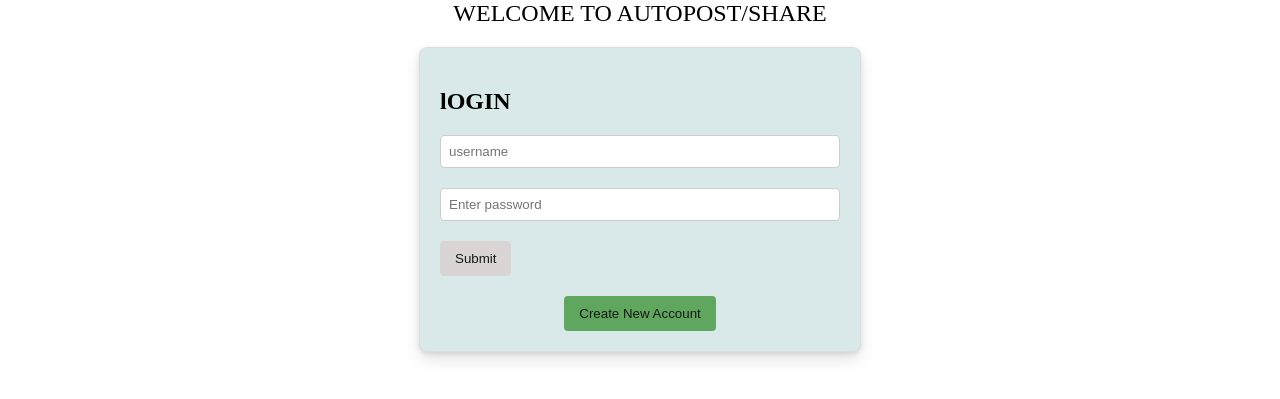
Repository: pripriya09/media-share
Page: / (app in share-content/)
An editor plug-in stored every save of this project. The page is shown before and after the next save, followed by the edit.
The browser window is 1280 px wide. The pictures show the whole page.
The project was rebuilt for these pictures with package versions that can differ from the ones it lists, and the page was loaded fresh each time. Also part of the build but not shown: share-content/vite.config.js, share-content/src/MEDIA_SHARE/SignIn.jsx, share-content/src/MEDIA_SHARE/Dashboard.jsx, share-content/src/MEDIA_SHARE/Display.jsx, share-content/src/MEDIA_SHARE/Home.jsx, share-content/src/MEDIA_SHARE/LogMedia.jsx, share-content/src/MEDIA_SHARE/Nesting.jsx, share-content/src/MEDIA_SHARE/share.css and 3 more.

Above is the page before, as saved 2024-12-23 12:00:08.

### share-content/index.html
<!DOCTYPE html>
<html lang="en">
  <head>
    <meta charset="UTF-8" />
    <link rel="icon" type="image/svg+xml" href="/vite.svg" />
    <meta name="viewport" content="width=device-width, initial-scale=1.0" />
    <title>Vite + React</title>
    <!-- <script async defer crossorigin="anonymous" src="https://connect.facebook.net/en_US/sdk.js"></script>   -->
<!--
<script>
  window.fbAsyncInit = function() {
    FB.init({
      appId      : '{your-app-id}',
      cookie     : true,
      xfbml      : true,
      version    : 'v21.0'
    });

    FB.AppEvents.logPageView();

  };

  (function(d, s, id){
     var js, fjs = d.getElementsByTagName(s)[0];
     if (d.getElementById(id)) {return;}
     js = d.createElement(s); js.id = id;
     js.src = "https://connect.facebook.net/en_US/sdk.js";
     fjs.parentNode.insertBefore(js, fjs);
   }(document, 'script', 'facebook-jssdk'));
</script>
     -->
  </head>
  <body>
    <div id="root"></div>
    <script type="module" src="/src/main.jsx"></script>
  </body>
</html>

### share-content/src/main.jsx
import { StrictMode } from 'react'
import { createRoot } from 'react-dom/client'

// import Content from './Content.jsx'
// import App from './App.jsx'
// import Share from './Share.jsx'
// import AutoPostApp from './AutoPostApp.jsx'
import AppRoutes from './MEDIA_SHARE/AppRoutes';
// import TwoFactorSetup from './MEDIA_SHARE/TwoFactorSetup';




createRoot(document.getElementById('root')).render(
  <>

<AppRoutes/>
{/* <TwoFactorSetup/> */}
  {/* <App/> */}
   {/* <Content/> */}
   {/* <AutoPostApp/> */}
   {/* <Share/> */}
  </>


)

### share-content/src/MEDIA_SHARE/AppRoutes.jsx
import React from 'react';
import { BrowserRouter, Route, Routes } from 'react-router-dom';
import AutoPostApp from './AutoPostApp';
import SignIn from './SignIn';
import Home from './Home';
import Nesting from './Nesting';
import LogMedia from './LogMedia';
import CreatePost from './CreatePost';
import MyPost from './MyPost';
import AdminPanel from './AdminPanel';






function AppRoutes() {
  return (
    <BrowserRouter>
      <Routes>
        <Route path="/" element={<AutoPostApp/>} />
        <Route path="/signin" element={<SignIn/>} />
     <Route path="/home" element={<Home/>}>
        <Route index element={<Nesting/>} />
        <Route path="loginmedia" element={<LogMedia/>} />
        <Route path="createPost" element={<CreatePost/>} />
        <Route path="myPost" element={<MyPost/>} />
        <Route path="adminPanel" element={<AdminPanel/>} />
        </Route>
      </Routes>
    </BrowserRouter>
  );
}

export default AppRoutes;

### share-content/src/MEDIA_SHARE/AutoPostApp.jsx
import React, { useState } from "react";
import "./autopost.css";
import { NavLink,useNavigate } from "react-router-dom";
import axios from "axios";
function AutoPostApp() {
  const [username, setUserName] = useState('');
  const [otp, setOtp] = useState('');
  const [isOtpSent, setIsOtpSent] = useState(false);
  const [isOtpVerified, setIsOtpVerified] = useState(false);
  const [isUpdateRegister, setIsUpdateRegister] = useState(null);
  const [password,setPassword] = useState('');
  const [loading, setLoading] = useState(false);


  function handleSubmit(e) {
    e.preventDefault();
    if (!username || !password) {
      setIsUpdateRegister("Username and password are required");
      alert("Username and password are required")
      return;
    }
 setLoading(true);
    e.preventDefault();
    axios.post("http://localhost:8006/auth/login", {
      username,
      password
    })
    .then((res) => {
      setLoading(false);

        if (res.data.message === 'OTP sent to your registered email') {
          alert("OTP has been sent to your registered email.");
          setIsOtpSent(true);
        } else {
          setIsUpdateRegister("Invalid username/password");
        }
    })
    .catch((error) => {
      setLoading(false);
      console.error("Error during login:", error);
      setIsUpdateRegister("Internal Server Error");
      alert("this user is not valid please have a account and login")
    });
  }

    // Handle OTP verification
    function handleOtpVerification(e) {
      e.preventDefault();
      if (!otp) {
        alert("Please enter the OTP sent to your email.");
        return;
      }

      setLoading(true);
      axios.post("http://localhost:8006/auth/verify-otp", { username, otp })
        .then((res) => {
          setLoading(false);
          if (res.data.message === 'OTP verified. Login successful') {
            alert("Login successful!");
            setIsOtpVerified(true);
            window.location.href = "loginmedia"; // Redirect to home after successful login
          } else {
            alert("Invalid OTP. Please try again.");
          }
        })
        .catch((error) => {
          setLoading(false);
          console.error("Error verifying OTP:", error);
          alert("Failed to verify OTP. Please try again.");
        });
    }

  return (
    <>
      <div
        style={{
          display: "flex",
          justifyContent: "center",
          alignItems: "center",
          marginBottom: "20px",
          fontSize: "24px",
        }}
      >
        WELCOME TO AUTOPOST/SHARE
      </div>

      <div className="SIGN-UP">
        <h2>lOGIN</h2>
        {!isOtpSent ? (
        <form  onSubmit={handleSubmit}>
          <div className="formlogin">
            <input
              type="text"
              id="username"
              name="username"
              placeholder="username"
              value={username}
              onChange={(e) => setUserName(e.target.value)}
            />
          </div>
          {/* <div className="formlogin">
            <input
              type="email"
              id="email"
              placeholder="email"
              value={email}
              onChange={(e) => setEmail(e.target.value)}
            />
          </div> */}
          <div className="formlogin">
            <input
              type="password"
              id="password"
              placeholder="Enter password"
              name="password"
              value={password}
              onChange={(e) => setPassword(e.target.value)}
            />
          </div>
          <div className="formlogin">

        <button type='submit' disabled={loading}>
          {loading ? 'Logging in...' : 'Submit'}
        </button>

          {/* <NavLink to="/share" > */}
          {/* <button type="submit" >Submit</button> */}
          {/* </NavLink> */}
          </div>
        </form>

) : (
  // OTP verification form
  <form onSubmit={handleOtpVerification}>
    <div className="formlogin">
      <input
        type="text"
        id="otp"
        placeholder="Enter OTP"
        value={otp}
        onChange={(e) => setOtp(e.target.value)}
      />
    </div>
    <div className="formlogin">
      <button type="submit" disabled={loading}>
        {loading ? 'Verifying OTP...' : 'Verify OTP'}
      </button>
    </div>
  </form>
)}
      {isUpdateRegister && <p>{isUpdateRegister}</p>}
        <div className="creatNew">
            <NavLink to="/signin">
        <button className="newAccount">Create New Account</button>
        </NavLink>
      </div>
      </div>


    </>
  );
}

export default AutoPostApp;

### share-content/src/MEDIA_SHARE/autopost.css
 body{
    margin: 0;
    padding: 0;
    box-sizing: border-box;
 }

 .SIGN-UP, #wrapper {
    width: 400px;
    max-width: 90%;
    margin: auto;
    padding: 20px;
    background-color: rgb(217, 233, 233);
    border: 1px solid #ddd;
    border-radius: 8px;
    box-shadow: 0px 2px 4px rgba(0, 0, 0, .1), 0px 8px 16px rgba(0, 0, 0, .1);
}

.formlogin, .formregister {
    margin-bottom: 20px;
    display: flex;
    flex-direction: column;
    align-items: start;
}

.formlogin input, .formregister input {
    padding: 8px;
    width: 100%;
    border: 1px solid #ccc;
    border-radius: 4px;
    box-sizing: border-box;
}

button {
    padding: 10px 15px;
    border: none;
    border-radius: 4px;
    color: rgb(27, 23, 23);
    cursor: pointer;
    background-color: #dad5d5;
    transition: background-color 0.3s;
}

.newAccount {
    background-color: rgb(95, 167, 95);
}

button:hover {
    background-color: rgb(80, 140, 80);
}

.creatNew {
    margin-top: 20px;
    text-align: center;
}


/* ---------------- */


.contain {
    display: flex;
    height: 100vh;
}


.dashboard {
    width: 25%;
    background-color: #f0f0f0;
    padding: 20px;
    box-shadow: 0 2px 4px rgba(0, 0, 0, 0.1);
}


.display {
    width: 75%;
    background-color:#e6e5e5;
    padding: 20px;
    box-shadow: 0 2px 4px rgba(0, 0, 0, 0.1);
}


.option {
    margin: 0;
    padding: 0;
}

.option ul {
    list-style-type: none;
    padding: 0;
    margin: 0;
}

.option li {
    margin: 10px 0;
}

.option a {
    text-decoration: none;
    color: #333;
}

.option a:hover {
    text-decoration: underline;
    color: blue;
}
/* -------------------- */


.share-container {
    width: 400px;
    padding: 26px;
    background-color: #fff;
    border-radius: 8px;
    box-shadow: 0 2px 10px rgba(0, 0, 0, 0.2);
    margin: 20px auto;
    position: relative;
}



.share-container h1 {
    text-align: center;
    font-size: 24px;
    margin-bottom: 20px;
    color: #333;
}


.share-container input[type="text"] {
    width: 100%;
    padding: 7px;
    border: 1px solid #dbdbdb;
    border-radius: 4px;
    margin-bottom: 15px;
    font-size: 16px;
    transition: border 0.3s;
}


.share-container input[type="text"]:focus {
    outline: none;
    border-color: #0095f6;
}


.share-container input[type="file"] {
    margin-bottom: 15px;
}

/* Button styles */
.share-container button {
    background-color: #0095f6;
    color: white;
    padding: 12px;
    border: none;
    border-radius: 4px;
    cursor: pointer;
    font-size: 16px;
    margin-right: 10px;
    transition: background 0.3s;
}

/* Hover effect for buttons */
.share-container button:hover {
    background-color: #007bbf;
}

/* Checkbox label styles */
.share-container label {
    display: block;
    margin: 10px 0;
    font-size: 14px;
    color: #333;
}


@media (max-width: 500px) {
    .share-container {
        width: 90%;
    }
}


/* ------------------------------------------- */
/* MyPost css */

.my-posts {
    width: 100%;
    height: 100vh;
    overflow-y: auto;
    margin: 0;
    padding: 10px;
    background-color: #f9f9f9;
    box-sizing: border-box;
  }

  .my-posts h1 {
    text-align: center;
    color: #333;
    margin-bottom: 20px;
  }

  .my-posts p {
    text-align: center;
    color: #d9534f;
    font-size: 1rem;
  }

  .my-posts ul {
    display: flex;
    flex-wrap: wrap;
    gap: 15px;
    list-style-type: none;
    padding: 0;
    margin: 0;
    justify-content: center;
  }

  .my-posts li {
    flex: 0 1 calc(25% - 15px);
    background-color: #fff;
    padding: 10px;
    border-radius: 8px;
    box-shadow: 0 2px 5px rgba(0, 0, 0, 0.1);
    text-align: center;
    transition: transform 0.2s, box-shadow 0.2s;
  }

  .my-posts li:hover {
    transform: translateY(-5px);
    box-shadow: 0 4px 12px rgba(0, 0, 0, 0.2);
  }

  .my-posts li h2 {
    font-size: 1rem;
    color: #555;
    margin-bottom: 10px;
    white-space: nowrap;
    overflow: hidden;
    text-overflow: ellipsis;
  }

  .my-posts li img {
    width: 100px;
    height: 100px;
    border-radius: 6px;
    object-fit: cover;
  }


  @media (max-width: 768px) {
    .my-posts li {
      flex: 0 1 calc(50% - 15px);
    }
  }

  @media (max-width: 480px) {
    .my-posts li {
      flex: 0 1 calc(100% - 15px);
    }
  }

After the next save:
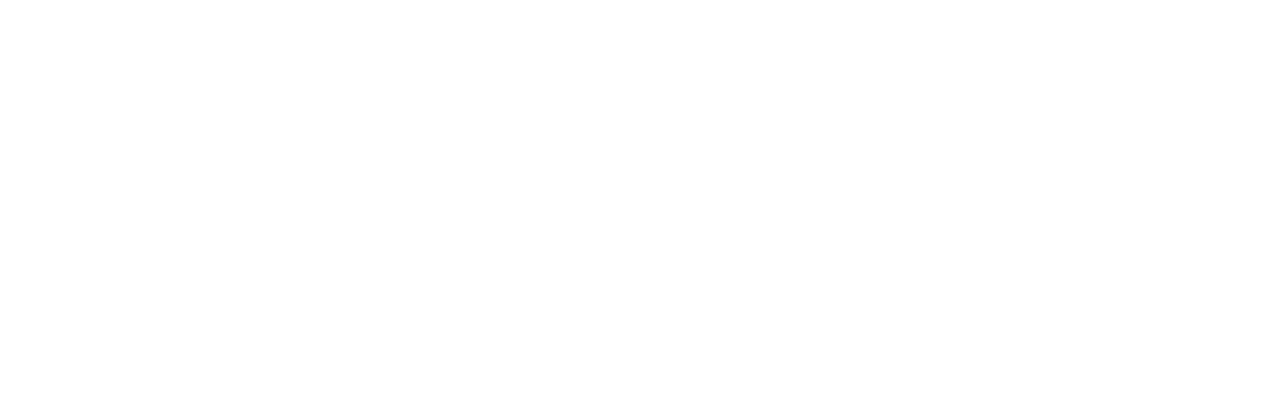
Console error: ReferenceError: cons is not defined
Saved 4 s later.
--- a/share-content/src/MEDIA_SHARE/AutoPostApp.jsx
+++ b/share-content/src/MEDIA_SHARE/AutoPostApp.jsx
@@ -11,7 +11,7 @@
   const [password,setPassword] = useState('');
   const [loading, setLoading] = useState(false);
 
-
+  cons
   function handleSubmit(e) {
     e.preventDefault();
     if (!username || !password) {

After the 2 saves that followed:
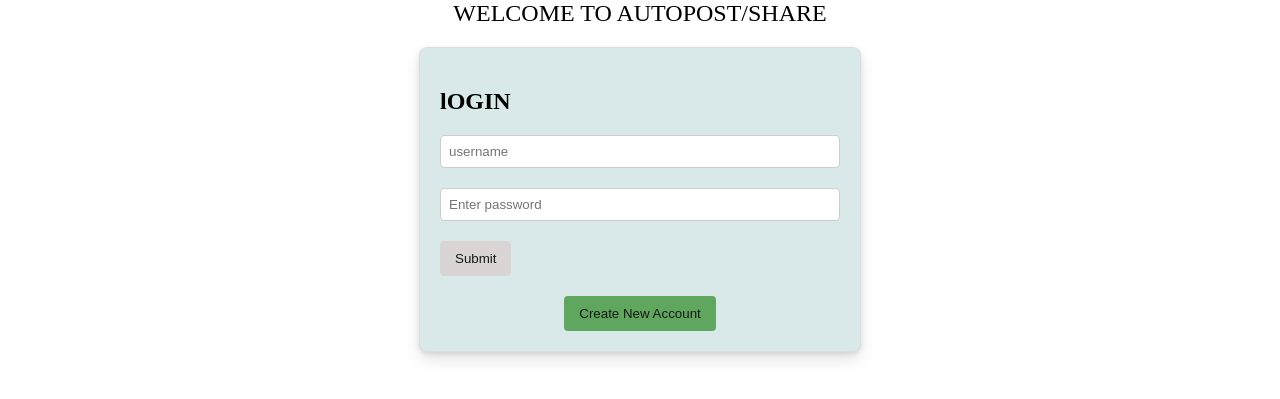
The error is gone.
The 2 saves are shown as one change because they came seconds apart.
The last was saved 12 s later.
--- a/share-content/src/MEDIA_SHARE/AutoPostApp.jsx
+++ b/share-content/src/MEDIA_SHARE/AutoPostApp.jsx
@@ -11,7 +11,6 @@
   const [password,setPassword] = useState('');
   const [loading, setLoading] = useState(false);
 
-  cons
   function handleSubmit(e) {
     e.preventDefault();
     if (!username || !password) {
